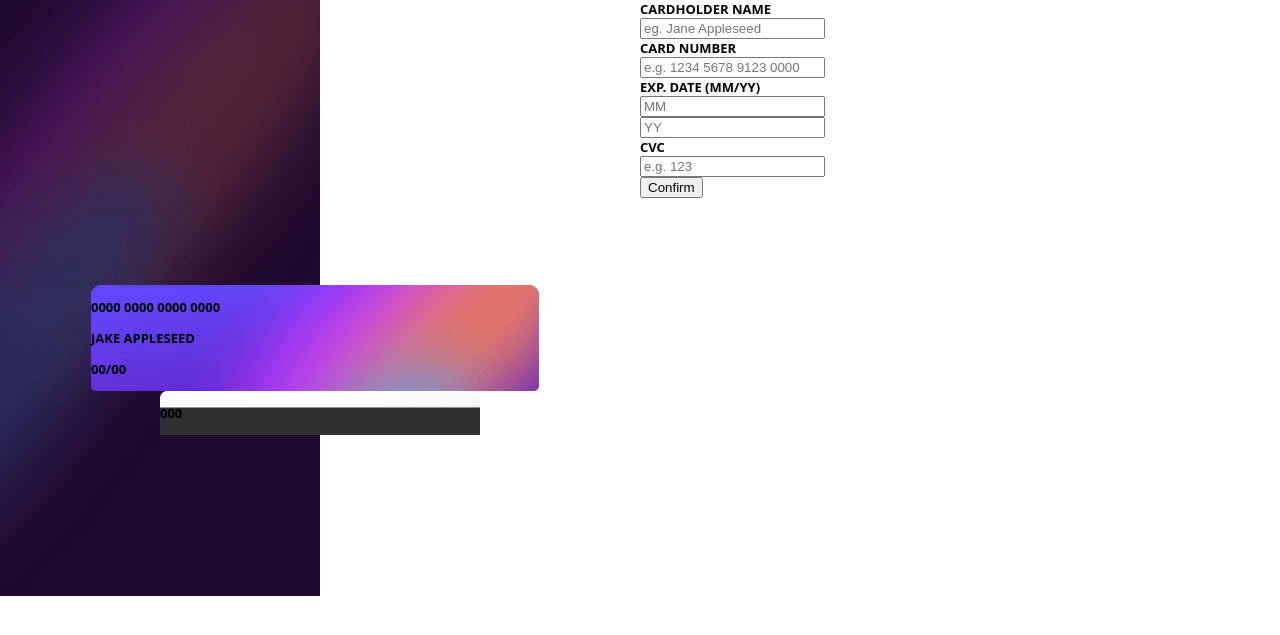
Repository: Celebration-cloud/my-project
Page: interactive-card-details-form-main/index.html
The author's editor kept a copy of each file at every save. The page is drawn from the files as they stood at one save, then again after a run of saves.
The browser window is 1280 px wide. The pictures show the whole page.

Above is the page before, as saved 2023-08-22 18:46:56.

### interactive-card-details-form-main/index.html
<!DOCTYPE html>
<html lang="en">
<head>
  <meta charset="UTF-8">
  <meta name="viewport" content="width=device-width, initial-scale=1.0"> <!-- displays site properly based on user's device -->

  <link rel="icon" type="image/png" sizes="32x32" href="./images/favicon-32x32.png">
  <link rel="stylesheet" href="index.css">

  <title>Frontend Mentor | Interactive card details form</title>

  <!-- Feel free to remove these styles or customise in your own stylesheet 👍 -->
  <style>
    .attribution { font-size: 11px; text-align: center; }
    .attribution a { color: hsl(228, 45%, 44%); }
  </style>
</head>
<body>
  <div class="container">
    <section id="section-a" class="section-a">
      <div id="card">
        <div id="profile"></div><span id="detail"></span>
        <p id="card-number">0000 0000 0000 0000</p>
        <p id="card-name">JAKE APPLESEED</p>
        <p id="exp-date">00/00</p>
      </div>
      <div id="card-back">
        <p>000</p>
      </div>

    </section>
    <!-- Add your site or application content here -->
    <!-- Card Details Form Section-->
    <section id="section-b" class="section-b">
      <form action="">
        <label for="name" id="cardholder-numeber-label">CARDHOLDER NAME</label><br/>
        <input name="name" id="cardholder-numeber-input" aria-required="false" placeholder="eg. Jane Appleseed" required/><br/>
        <label for="card-number" id="card-number-label">CARD NUMBER</label><br/>
        <input name="card-number" id="card-number-input" type="tel" aria-required="false" placeholder="e.g. 1234 5678 9123 0000" required/><br/>
        <label for="expire-date" id="expire-date-label">EXP. DATE (MM/YY)</label><br/>
        <input name="expire-date" id="expire-date" type="tel" aria-required="false" placeholder="MM" required/><br/>
        <input name="expire-date" id="expire-date2" type="tel" aria-required="false" placeholder="YY" required/><br/>
        <label for="cvc" id="cvc-label">CVC</label><br/>
        <input name="cvc" aria-required="false" id="cvc" type="tel" placeholder="e.g. 123" required/><br/>
        <button type="submit">Confirm</button>
      </form>

    </section>
  </div>

  <!-- 0000 0000 0000 0000
  00/00

  000

  Cardholder Name
  e.g. Jane Appleseed

  Card Number
  e.g. 1234 5678 9123 0000

  Exp. Date (MM/YY)
  MM
  YY

  CVC
  e.g. 123

  Confirm -->

  <!-- Completed state start -->

  <!-- Thank you!
  We've added your card details
  Continue -->

  <!-- <div class="attribution">
    Challenge by <a href="https://www.frontendmentor.io?ref=challenge" target="_blank">Frontend Mentor</a>.
    Coded by <a href="#">Your Name Here</a>.
  </div> -->
</body>
</html>

### interactive-card-details-form-main/index.css
body{
    font-family: system-ui, -apple-system, BlinkMacSystemFont, 'Segoe UI', Roboto, Oxygen, Ubuntu, Cantarell, 'Open Sans', 'Helvetica Neue', sans-serif;
    font-weight: bolder;
    font-size: small;
    margin: 0;
    padding: 0;
}
.container{
    display: flex;
}
#section-a{
    background-image: url(images/bg-main-desktop.png);
    background-size: 50%;
    background-repeat: no-repeat;
    width: 50%;
    height: 100vh;
    display: flex;
    flex-direction: column;
    justify-content: center;
}
#card{
    background-image: url(images/bg-card-front.png);
    width: 70%;
    background-size: cover;
    border-radius: 5px;
    align-self: center;
    margin-left: -10px;
}
#card-back{
    background-image: url(images/bg-card-back.png);
    background-size: cover;
    width: 50%;

    align-self: center;
}

After the next 2 saves:
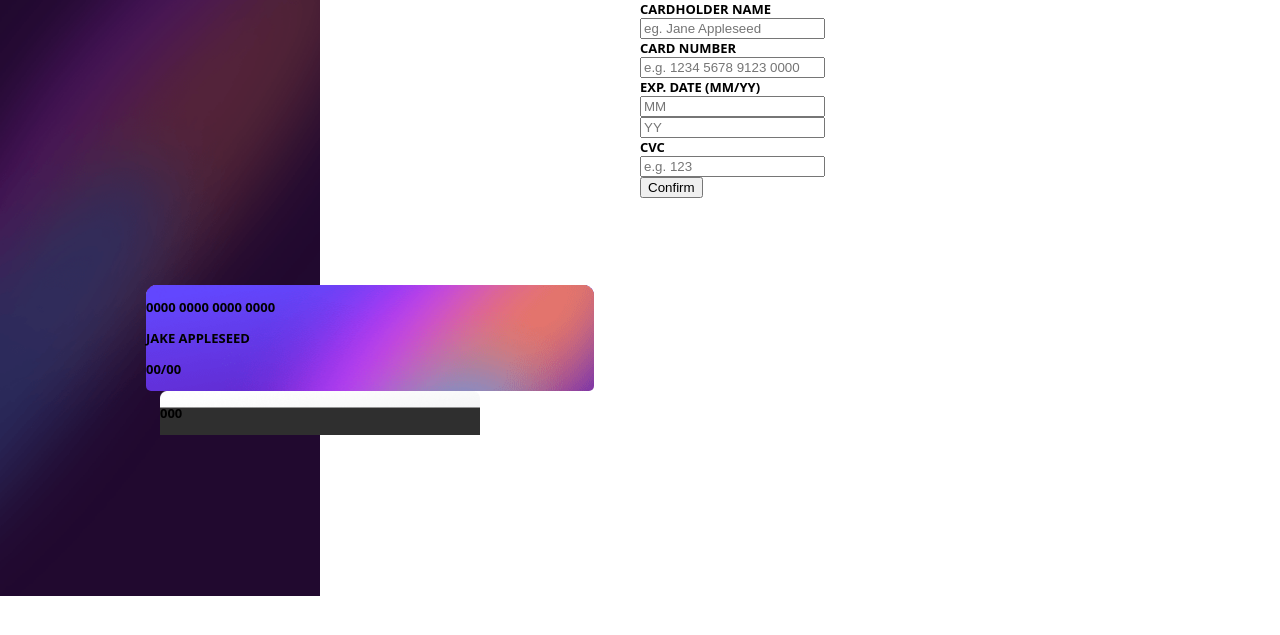
The 2 saves are shown as one change because they came seconds apart.
The last was saved 10 s later.
--- a/interactive-card-details-form-main/index.css
+++ b/interactive-card-details-form-main/index.css
@@ -24,7 +24,7 @@ body{
     background-size: cover;
     border-radius: 5px;
     align-self: center;
-    margin-left: -10px;
+    margin-left: 100px;
 }
 #card-back{
     background-image: url(images/bg-card-back.png);
